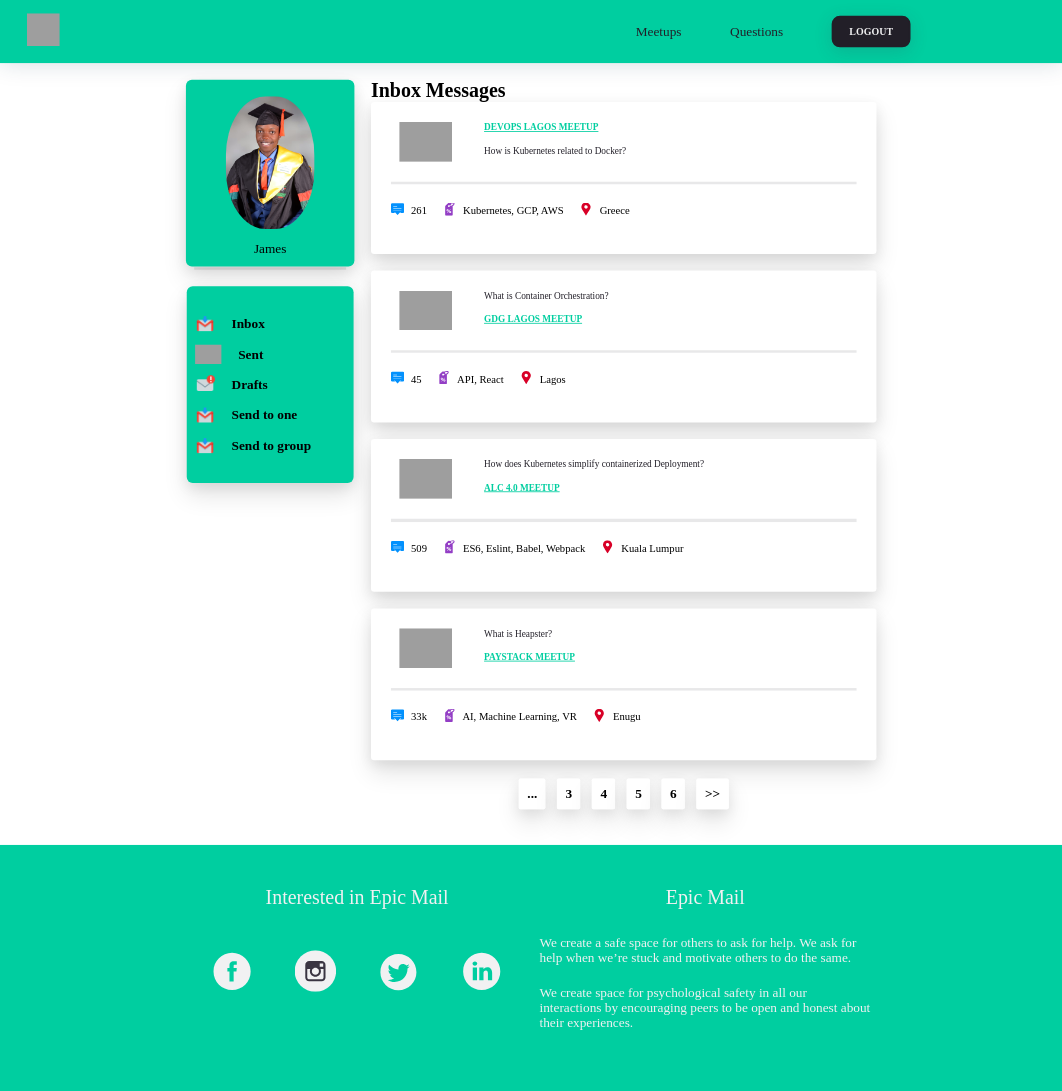
Repository: Gfreedoms/Epic-Mail
Page: pages/profile.html
The author's editor kept a copy of each file at every save. The page is drawn from the files as they stood at one save, then again after the next save.
The browser window is 1280 px wide. The pictures show the whole page, at 83% of full size.
Pictures or frames that could not be fetched are drawn as grey boxes. Some web fonts or font styles are not loaded; a fallback is used.

Above is the page before, as saved 2019-02-26 22:58:12.

### pages/profile.html
<!DOCTYPE html>
<html lang="en">

<head>
	<meta charset="UTF-8">
	<meta name="viewport" content="width=device-width, initial-scale=1.0">
	<meta http-equiv="X-UA-Compatible" content="ie=edge">
	<link rel="apple-touch-icon" sizes="180x180" href="../assets/favicon/apple-touch-icon.png">
	<link rel="icon" type="image/png" sizes="32x32" href="../assets/favicon/favicon-32x32.png">
	<link rel="icon" type="image/png" sizes="16x16" href="../assets/favicon/favicon-16x16.png">
	<link rel="manifest" href="../assets/favicon/site.webmanifest">
	<link rel="mask-icon" href="../assets/favicon/safari-pinned-tab.svg" color="#5bbad5">
	<meta name="msapplication-TileColor" content="#da532c">
	<meta name="theme-color" content="#ffffff">
	<link rel="stylesheet" href="../styles/base.css">
	<link rel="stylesheet" href="../styles/format.css">
	<link rel="stylesheet" href="../styles/profile.css">
	<title>User Profile | EpIC EMAIL</title>
</head>

<body>
	<!-- Navigation Section Starts -->
	<section id="navigation">
		<nav class="navbar">
			<a href="../" id="nav-brand">
				<img src="../assets/imgs/logo.svg" alt="">
			</a>
			<ul class="nav-menu">
				<li class="visibility"><a class="hover-t" href="./login.html">Login</a></li>
				<li><a class="hover-t" href="./meetup.html">Meetups</a></li>
				<li><a class="hover-t" href="./questions.html">Questions</a></li>
				<li><a class="reg-btn box-sh-dark hover-lg" href="../">Logout</a></li>
			</ul>
			<a id="menu" href="">
				<img src="../assets/imgs/menu.svg" alt="">
			</a>
		</nav>
	</section>
	<!-- Navigation Section Ends -->

	<!-- SideBar Nav -->
	<ul id="sidebar" class="navbar-side side-hidden">
		<li><a href="./meetup.html">Meetups</a></li>
		<li><a href="./questions.html">Questions</a></li>
		<li><a class="" href="../">Logout</a></li>
	</ul>

	<div class="container">
		<div id="v-wrapper">
			<div class="profile user card">
				<img class="img mauto" src="../assets/imgs/freedom.jpg" alt="">
				<div class="bio">
					<h3 class="username sm-text">James</h3>

				</div>

				<div class="divider"></div>

				<div class = "user_side_bar">
				<ul class="list-items">
					<li>
						<img src="../assets/imgs/inbox.png" alt="">
						<div class = "labels">
						<b>	Inbox</b>
						</div>

					</li>
					<li>

						<img src="../assets/imgs/logo.png" alt="">
						<div class = "labels">
							<b>	Sent</b>
							</div>

					<li>

						<img src="../assets/imgs/drafts.png" alt="">
						<div class = "labels">
							<b>	Drafts</b>
							</div>

					</li>

					<li>

							<img src="../assets/imgs/inbox.png" alt="">
							<div class = "labels">
								<b>Send to one</b>
								</div>

					</li>
					<li>
						    <img src="../assets/imgs/inbox.png" alt="">
							<div class = "labels">
								<b>	Send to group</b>
								</div>

					</li>



				</ul>
				</div>
			</div>

			<div class="meetups">
					<h2><b>	Inbox Messages</b></h2>
				<div class="questions card-lg">
					<div class="content pall-1">
						<div class="q-title">
							<img class="img mauto" height="2rem" src="https://issagoal.com.ng/wp-content/uploads/2019/01/user4.png" alt="">
							<div class="meta">
									<a class="q-link" href="./meetup.html">
										<h3 class="sm-text">DevOps Lagos Meetup</h3>
									</a>
								<h3 class="md-text title">How is Kubernetes related to Docker?</h3>
							</div>
						</div>
						<div class="divider"></div>
						<div class="q-actions">
							<span>
								<a href="#!"><img src="../assets/imgs/icons/comment.svg" alt=""></a>
								261
							</span>
							<span>
								<a href="#!"><img src="../assets/imgs/icons/tag.svg" alt=""></a>
								Kubernetes, GCP, AWS
							</span>
							<span>
								<a href="#!"><img src="../assets/imgs/icons/pointer.svg" alt=""></a>
								Greece
							</span>
						</div>
					</div>
				</div>
				<div class="questions card-lg">
					<div class="content pall-1">
						<div class="q-title">
							<img class="img mauto" height="2rem" src="https://issagoal.com.ng/wp-content/uploads/2019/01/user1.png" alt="">
							<div class="meta">
								<h3 class="md-text title">What is Container Orchestration?</h3>
								<a class="q-link" href="./meetup.html">
									<h3 class="sm-text">GDG Lagos Meetup</h3>
								</a>
							</div>
						</div>
						<div class="divider"></div>
						<div class="q-actions">
							<span>
								<a href="#!"><img src="../assets/imgs/icons/comment.svg" alt=""></a>
								45
							</span>
							<span>
								<a href="#!"><img src="../assets/imgs/icons/tag.svg" alt=""></a>
								API, React
							</span>
							<span>
								<a href="#!"><img src="../assets/imgs/icons/pointer.svg" alt=""></a>
								Lagos
							</span>
						</div>
					</div>
				</div>
				<div class="questions card-lg">
					<div class="content pall-1">
						<div class="q-title">
							<img class="img mauto" height="2rem" src="https://issagoal.com.ng/wp-content/uploads/2019/01/user2.png" alt="">
							<div class="meta">
								<h3 class="md-text title">How does Kubernetes simplify containerized Deployment?</h3>
								<a class="q-link" href="./meetup.html">
									<h3 class="sm-text">ALC 4.0 Meetup</h3>
								</a>
							</div>
						</div>
						<div class="divider">
						</div>
						<div class="q-actions">
							<span>
								<a href="#!"><img src="../assets/imgs/icons/comment.svg" alt=""></a>
								509
							</span>
							<span>
								<a href="#!"><img src="../assets/imgs/icons/tag.svg" alt=""></a>
								ES6, Eslint, Babel, Webpack
							</span>
							<span>
								<a href="#!"><img src="../assets/imgs/icons/pointer.svg" alt=""></a>
								Kuala Lumpur
							</span>
						</div>
					</div>
				</div>
				<div class="questions card-lg">
					<div class="content pall-1">
						<div class="q-title">
							<img class="img mauto" height="2rem" src="https://issagoal.com.ng/wp-content/uploads/2019/01/user3.png" alt="">
							<div class="meta">
								<h3 class="md-text title">What is Heapster?</h3>
								<a class="q-link" href="./meetup.html">
									<h3 class="sm-text">Paystack Meetup</h3>
								</a>
							</div>
						</div>
						<div class="divider"></div>
						<div class="q-actions">
							<span>
								<a href="#!"><img src="../assets/imgs/icons/comment.svg" alt=""></a>
								33k
							</span>
							<span>
								<a href="#!"><img src="../assets/imgs/icons/tag.svg" alt=""></a>
								AI, Machine Learning, VR
							</span>
							<span>
								<a href="#!"><img src="../assets/imgs/icons/pointer.svg" alt=""></a>
								Enugu
							</span>
						</div>
					</div>
				</div>

				<div class="pagination">
					<span class="card hover-lg hover-t">...</span>
					<span class="card hover-lg hover-t">3</span>
					<span class="card hover-lg hover-t">4</span>
					<span class="card hover-lg hover-t">5</span>
					<span class="card hover-lg hover-t">6</span>
					<span class="card hover-lg hover-t">>></span>
				</div>
			</div>
		</div>
	</div>

	<footer class="bg-secondary">
		<div class="container">
			<div class="info-about">
				<h3 class="md-text">Interested in Epic Mail</h3>
				<div class="social-links">
					<a href="#!"><img src="../assets/imgs/icons/facebook.svg" alt=""></a>
					<a href="#!"><img src="../assets/imgs/icons/instagram.svg" alt=""></a>
					<a href="#!"><img src="../assets/imgs/icons/twitter.svg" alt=""></a>
					<a href="#!"><img src="../assets/imgs/icons/linkedin.svg" alt=""></a>
				</div>
			</div>
			<div class="additional-info">
				<h3 class="md-text">Epic Mail</h3>
				<p class="sm-text">
					We create a safe space for others to ask for help.
					We ask for help when we’re stuck and motivate others to do the same.
				</p>
				<p class="sm-text">
					We create space for psychological safety in all our interactions by encouraging peers to be open and honest about
					their experiences.
				</p>
			</div>
		</div>
	</footer>
	<script src="../scripts/index.js"></script>
</body>

</html>

### styles/format.css
.is-danger {
	color: red;
}

.divider {
	height: 0.2rem;
	background: #221F28;
	opacity: 0.1;
	margin: 1rem auto;
	width: 100%;
}

table {
	width: 750px;
	border-collapse: collapse;
	margin: 50px auto;
}

/* Zebra striping */
tr:nth-of-type(odd) {
	background: #eee;
}

th {
	background: #221F28;
	color: white;
	font-weight: bold;
}

td,
th {
	padding: 10px;
	border: 1px solid #ccc;
	text-align: left;
	font-size: 18px;
}

@media only screen and (max-width: 760px),
(min-device-width: 768px) and (max-device-width: 1024px) {

	table {
		width: 100%;
	}

	/* Force table to not be like tables anymore */
	table,
	thead,
	tbody,
	th,
	td,
	tr {
		display: block;
	}

	thead tr {
		position: absolute;
		top: -9999px;
		left: -9999px;
	}

	tr {
		border: 1px solid #ccc;
	}

	td {
		border: none;
		border-bottom: 1px solid #eee;
		position: relative;
		padding-left: 50%;
	}

	td:before {
		position: absolute;
		/* Top/left values mimic padding */
		top: 6px;
		left: 6px;
		width: 45%;
		padding-right: 10px;
		white-space: nowrap;
		/* Label the data */
		content: attr(data-column);

		color: #000;
		font-weight: bold;
	}

	tbody tr {
		padding: 1rem;
	}
}

.m1 {
	margin-top: 0.8rem !important;
	margin-bottom: 0.8rem !important;
}

.pagination {
	text-align: center;
	margin: 2rem auto;
}

.pagination span {
	padding: 10px;
	border-radius: 2px;
	font-family: 'Circular-Book';
	font-weight: 600;
	font-size: 1rem;
	margin: 0 5px;
}

@media screen and (min-width: 1680px) {
	.reg-btn {
		padding: 1.5rem 1.6rem 1.5rem;
		font-size: 1rem;
	}

	.input {
		margin-top: 2rem;
	}

	.nav-menu a.hover-t {
		font-size: 1.4rem !important;
	}
}

### styles/profile.css
#v-wrapper {
	display: grid;
	grid-template-columns: 1fr 3fr;
	grid-gap: 20px;
	padding: 20px 0;
}

div.content.card {
	background: lightblue;
	padding: 2rem 1.5rem;
	margin-bottom: 20px;
}

.profile {
	display: grid;
	padding: 20px 10px;
	background-color:#00cea0;
}

.user_side_bar{

    margin-left: -9px;
    border-radius: .45rem;
    margin-top: 20px;
    background: #00cea0;
    padding: 20px 10px;
    margin-bottom: 20px;
    box-shadow: 0 15px 30px 0 rgba(0, 0, 0, .11), 0 5px 15px 0 rgba(0, 0, 0, .08);
    margin-right: -9px;
}


.profile.user {
	max-height: 25%;
}

.labels{
	margin-top: 3px;
    margin-left: 20px;
}

#v-wrapper>div.profile.card>div.divider {
	width: 100%;
}

.stats {
	display: grid;
	grid-template-columns: 1fr 1fr;
}

.stats h3 {
	color: #221F28;
	font-weight: 800;
	font-family: "Circular-Book";
}

.profile .img {
    height: 160px;
    width: auto;
    border-radius: 45%
}

.profile span {
	text-align: center;
	font-size: 0.5rem;
	color: grey;
	text-transform: uppercase;
}

span .sm-text {
	margin-bottom: 0;
}

.questions {
	padding: 1.5rem;
	margin-bottom: 20px;
}

.questions h3 {
	color: #221F28;
	margin-bottom: 1rem;
}

.questions .divider {
	margin-left: 0;
	margin-top: 0.5rem;
}

.q-link h3 {
	font-family: 'Circular-Book';
	font-weight: 800;
	font-size: 0.7rem;
	text-transform: uppercase;
	text-decoration: underline;
	color: #00cea0;
}

.q-link:hover h3 {
	color: #F01D43;
}

.q-actions {
	display: block;
	margin: 20px 0;
	height: auto;
}

.q-actions img {
	height: 1rem;
	position: relative;
	top: 2px;
}

.q-actions span {
	margin-right: 1rem;
	font-family: 'Circular-Book';
	font-size: 0.8rem;
}

.q-actions span a {
	margin-right: 5px;
}

.q-actions span:nth-child(2) img,
.q-actions span:nth-child(3) img {
	position: relative;
	top: 2px;
}

.q-actions span:nth-child(4) img {
	position: relative;
	top: 4px;
}

.divider {
	margin-bottom: 0;
	margin-top: 0.5rem;
}

.username {
	color: inherit;
	font-family: 'Circular-Book';
	text-align: center;
	margin: 15px 0 5px;
}

.meta-wrapper {
	grid-template-rows: 1fr 9fr;
}

.list-items {
	text-decoration: none;
}

.list-items li {
	display: grid;
	grid-template-columns: 1fr 9fr;
	margin: 0.8rem 0;
}

.list-items span {
	font-family: 'Circular-Book';
	font-size: 0.8rem;
	position: relative;
	top: 5px;
	margin-left: 1.5rem;

}

.list-items img {
	height: 1.5rem;
}

div.content.card {
	padding: 2rem 1.5rem;
	margin-bottom: 20px;
}

.content .md-text {
	color: #221F28;
    font-size: 0.7rem;

}

.actions {
	/* width: 0%; */
	display: grid;
	grid-template-columns: 0.5fr 1fr 1fr;
	grid-gap: 10px;
	align-items: center;
}

.actions h3 {
	margin-bottom: 0;
}

.actions a {
	font-family: 'Circular-Book';
	font-size: 0.8rem;
	padding: 0.5rem 0.6rem;
	text-align: center;
	color: #fff;
	border-radius: 10px;
}

@media (min-width: 1680px) {
	.profile {
		height: 300px !important;
	}

	.profile span {
		font-size: 0.8rem;
		margin: 10px 0 0;
		font-weight: 800;
	}

	.list-items span {
		font-family: 'Circular-Book' !important;
		font-size: 1rem !important;
	}
}

.q-title {
	display: grid;
	grid-template-columns: 15% 80%;
	grid-gap: 5%;
	margin-bottom: 1rem;
}

.q-title img {
	height: 3rem;
}

@media (max-width: 576px) {
	.profile.user {
		max-height: 200px;
	}

	.q-actions {
		display: grid;
		grid-template-columns: 1fr;
		grid-row-gap: 3px;
	}

	#v-wrapper {
		grid-template-columns: 1fr;
	}

	#v-wrapper .divider {
		display: none;
	}

	.profile {
		padding: 20px 10px;
		height: auto;
		grid-template-columns: 1fr 2fr;
	}

	.stats {
		align-items: flex-end;
	}
	.user_side_bar{
		max-height: 200px;
		padding: 20px 10px;
		height: auto;
		grid-template-columns: 1fr 2fr;
	}
}

### styles/fonts.css
@font-face {
	font-family: "Circular-Light";
	src:
		url("../assets/fonts/Circular-Light.woff") format("woff");
}
@font-face {
	font-family: "Circular-Book";
	src:
		url("../assets/fonts/Circular-Book.woff") format("woff");
}
@font-face {
	font-family: "Circular-Bold";
	src:
		url("../assets/fonts/Circular-Bold.woff") format("woff");
}

* {
	font-family: 'Circular-Light';
}

Loaded but not shown: scripts/index.js (10 lines, source omitted); styles/base.css (736 lines, source omitted)

After the next save:
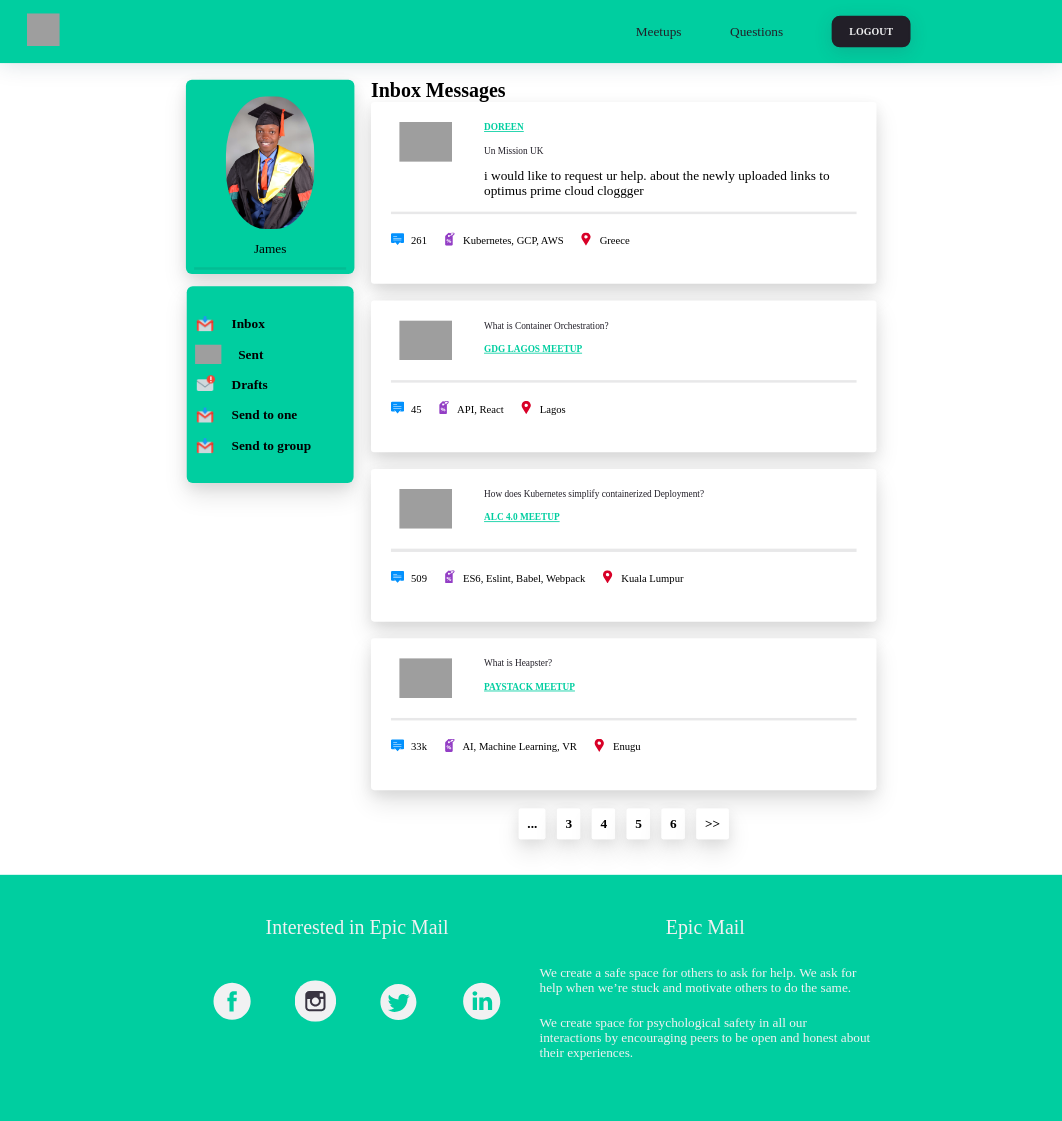
Saved 4 min 16 s later.
--- a/pages/profile.html
+++ b/pages/profile.html
@@ -111,9 +111,14 @@
 							<img class="img mauto" height="2rem" src="https://issagoal.com.ng/wp-content/uploads/2019/01/user4.png" alt="">
 							<div class="meta">
 									<a class="q-link" href="./meetup.html">
-										<h3 class="sm-text">DevOps Lagos Meetup</h3>
+										<h3 class="sm-text">Doreen</h3>
 									</a>
-								<h3 class="md-text title">How is Kubernetes related to Docker?</h3>
+								<h3 class="md-text title">Un Mission UK</h3>
+								<p>i would like to request ur help.
+									about the newly uploaded links to
+									optimus prime cloud cloggger
+
+								</p>
 							</div>
 						</div>
 						<div class="divider"></div>
